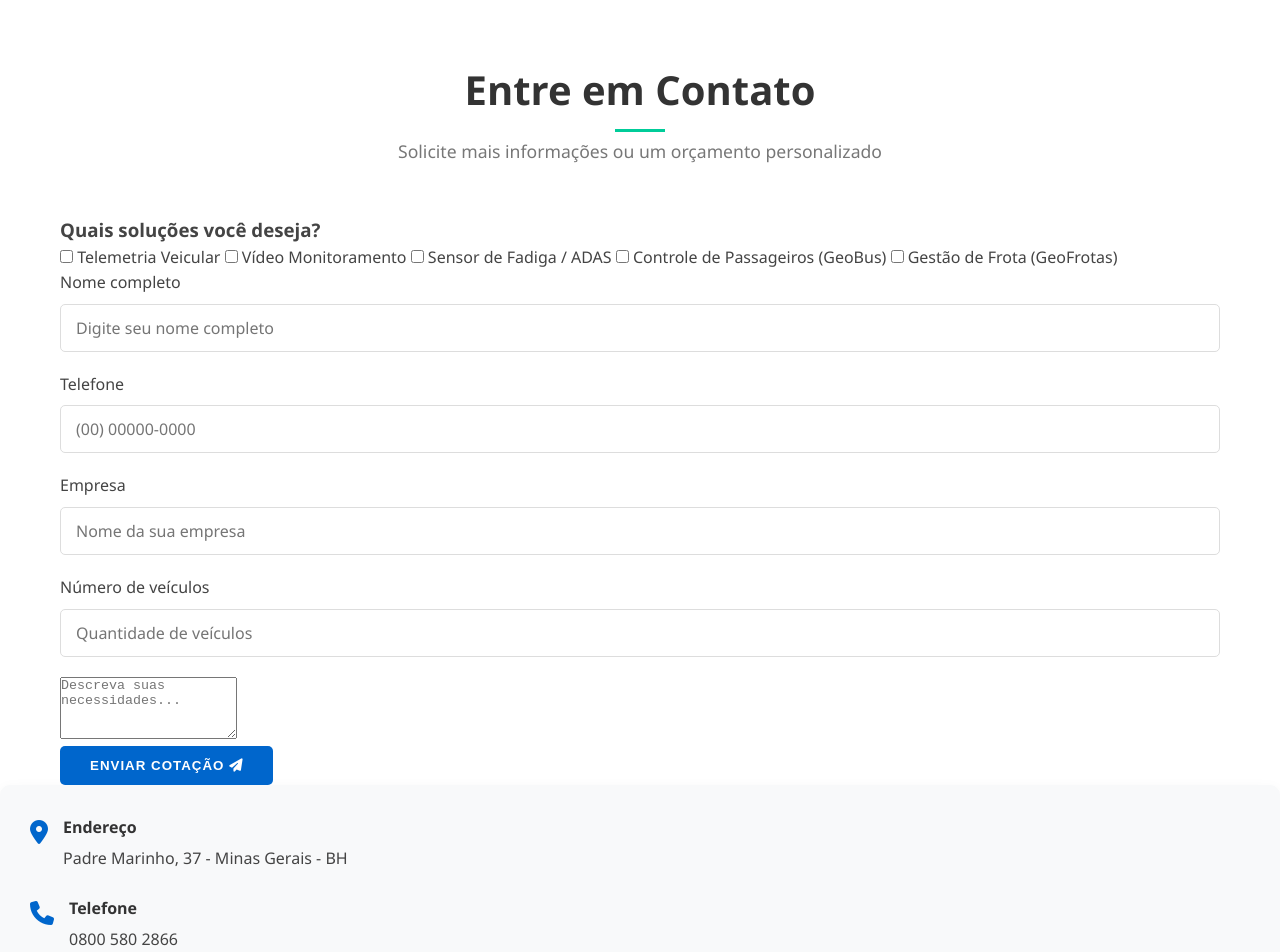
Repository: rocha1579/geomx
Page: telemetria.html
These files come from the project's save history. The page is drawn as it stood at one moment and after the next save; the edit follows.
The browser window is 1280 px wide. The pictures show the part of the page from y = 2336 to 3288 px (the page is 4444 px tall before and 4348 px after).
Backgrounds fixed to the window are drawn as part of the page.

Above is the page before, as saved 2025-05-05 16:45:41.
Not found: menu-fix.js

After the next save:
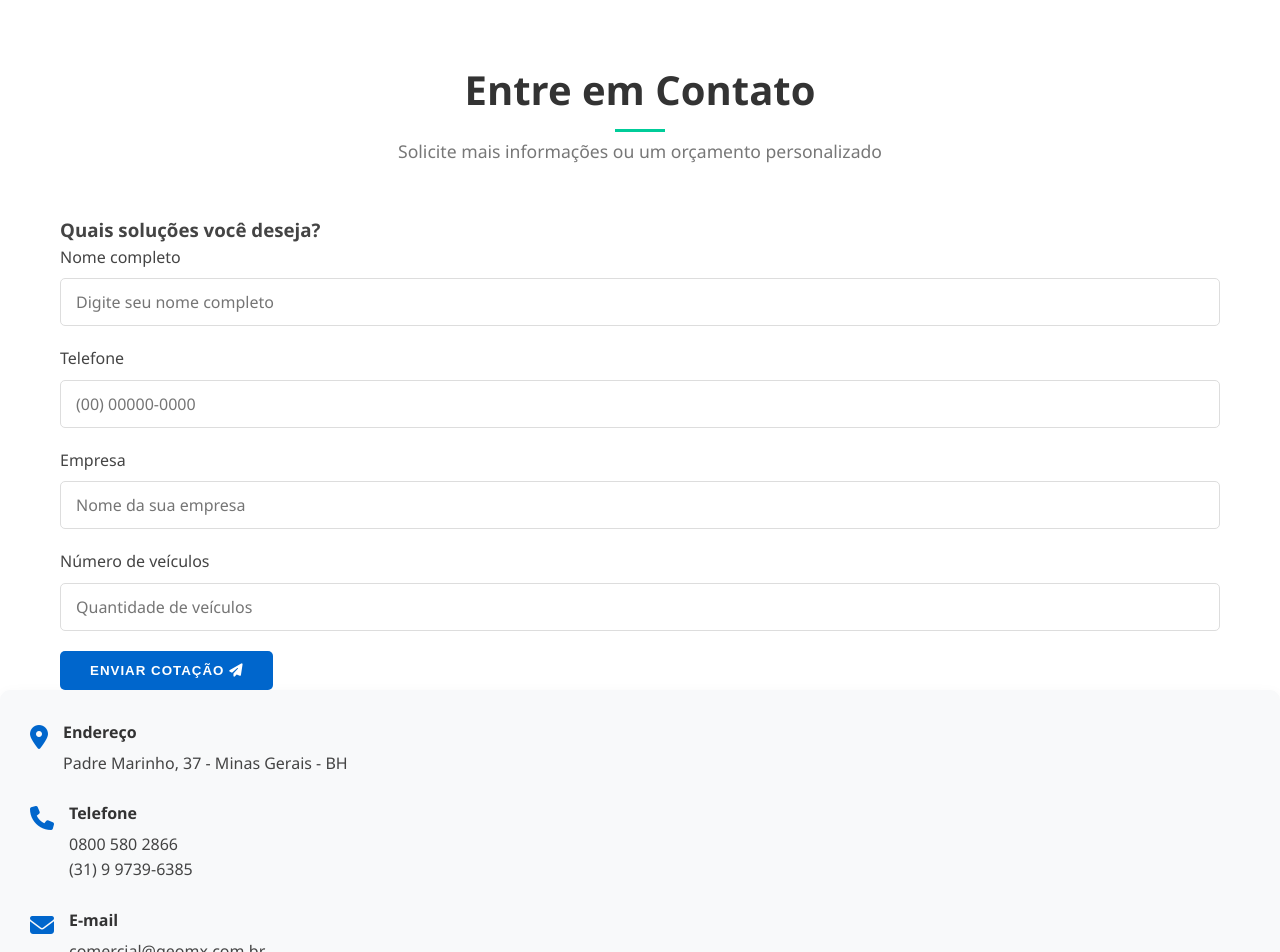
Saved 31 s later.
--- a/telemetria.html
+++ b/telemetria.html
@@ -328,7 +328,7 @@
                 <p>Solicite mais informações ou um orçamento personalizado</p>
             </div>
 
-            <form action="https://formsubmit.co/gabrielalvessr@gmail.com" method="POST">
+            <form action="https://formsubmit.co/comercial1@geomx.com.br" method="POST">
                 <!-- Configurações ocultas -->
                 <input type="hidden" name="_captcha" value="false">
                 <input type="hidden" name="_next" value="https://geomx.com.br/obrigado.html">
@@ -338,34 +338,6 @@
                 <!-- Programas de Interesse -->
                 <div class="form-container">
                     <h3>Quais soluções você deseja?</h3>
-                    <div class="checkbox-group">
-                        <label class="checkbox-container">
-                            <input type="checkbox" name="solucoes" value="Telemetria Veicular">
-                            <span class="checkmark"></span>
-                            Telemetria Veicular
-                        </label>
-                        <label class="checkbox-container">
-                            <input type="checkbox" name="solucoes" value="Vídeo Monitoramento">
-                            <span class="checkmark"></span>
-                            Vídeo Monitoramento
-                        </label>
-                        <label class="checkbox-container">
-                            <input type="checkbox" name="solucoes" value="Sensor de Fadiga / ADAS">
-                            <span class="checkmark"></span>
-                            Sensor de Fadiga / ADAS
-                        </label>
-                        <label class="checkbox-container">
-                            <input type="checkbox" name="solucoes" value="Controle de Passageiros (GeoBus)">
-                            <span class="checkmark"></span>
-                            Controle de Passageiros (GeoBus)
-                        </label>
-                        <label class="checkbox-container">
-                            <input type="checkbox" name="solucoes" value="Gestão de Frota (GeoFrotas)">
-                            <span class="checkmark"></span>
-                            Gestão de Frota (GeoFrotas)
-                        </label>
-                    </div>
-
                     <div class="form-fields">
                         <div class="form-group">
                             <label for="nome">Nome completo</label>
@@ -391,10 +363,7 @@
 
 
 
-                <!-- Detalhes -->
-                <div class="input-group">
-                    <textarea name="detalhes" rows="4" placeholder="Descreva suas necessidades..."></textarea>
-                </div>
+
 
                 <!-- Botão -->
                 <button type="submit" class="btn-primary">
